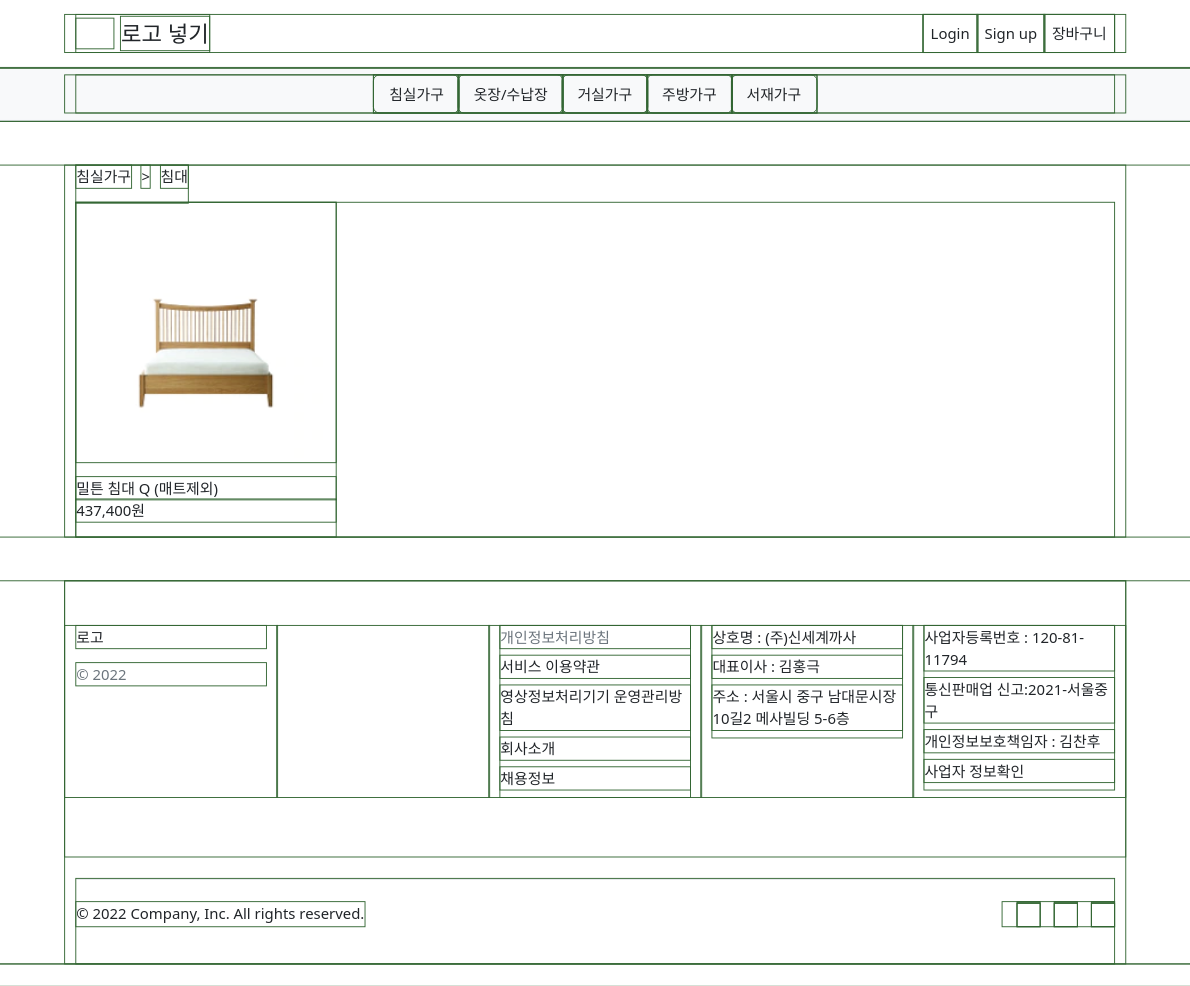
Repository: raoniee/Elice-House-Project
Page: FE/views/pages/main/item-list-page.html
The author's editor kept a copy of each file at every save. The page is drawn from the files as they stood at one save, then again after the next save.
The browser window is 1280 px wide. The pictures show the whole page, at 93% of full size.

Above is the page before, as saved 2023-07-06 13:51:50.

### FE/views/pages/main/item-list-page.html
<!DOCTYPE html>
<html lang="ko">
  <head>
    <meta charset="UTF-8" />
    <meta http-equiv="X-UA-Compatible" content="IE=edge" />
    <meta name="viewport" content="width=device-width, initial-scale=1.0" />
    <title>Elice-House/item-list</title>
    <link
      href="https://cdn.jsdelivr.net/npm/bootstrap@5.2.3/dist/css/bootstrap.min.css"
      rel="stylesheet"
      integrity="sha384-rbsA2VBKQhggwzxH7pPCaAqO46MgnOM80zW1RWuH61DGLwZJEdK2Kadq2F9CUG65"
      crossorigin="anonymous"
    />
    <!-- header.module.js -->
    <script
      src="../../components/header/header.js"
      type="module"
      defer
    ></script>
    <!-- footer.module.js -->
    <script
      src="../../components/footer/footer.js"
      type="module"
      defer
    ></script>
    <!-- item-list.module.js -->
    <script src="./item-list-page.js" type="module" defer></script>
    <style>
      * {
        outline: 1px solid #363;
      }
    </style>
  </head>
  <body>
    <header class="header">
      <!-- header template로 삽입 -->
    </header>

    <main>
      <div class="container my-5">
        <div
          class="menu_bar d-flex justify-content-between"
          style="width: 120px"
        >
          <!-- menu_bar template로 삽입 -->
        </div>

        <div class="item_list">
          <div class="item_list_card w-25 d-flex flex-column">
            <img
              class="mb-3"
              src="../../../public/assets/imgs/item-list-card.webp"
              alt=""
            />
            <span class="item_list_name">밀튼 침대 Q (매트제외)</span>
            <p class="item_list_price">437,400원</p>
          </div>
          <!-- item_list_card template로 삽입 -->
        </div>
      </div>
    </main>

    <footer class="footer">
      <!-- footer template로 삽입 -->
    </footer>

    <script
      src="https://cdn.jsdelivr.net/npm/bootstrap@5.2.3/dist/js/bootstrap.bundle.min.js"
      integrity="sha384-kenU1KFdBIe4zVF0s0G1M5b4hcpxyD9F7jL+jjXkk+Q2h455rYXK/7HAuoJl+0I4"
      crossorigin="anonymous"
    ></script>
  </body>
</html>

### FE/views/components/header/header.js
export const drawHeader = () => {
  let headerTemplate = `
  <div class="py-3 border-bottom">
      <div class="container d-flex flex-wrap justify-content-center">
        <a
          href="/"
          class="d-flex align-items-center mb-3 mb-lg-0 me-lg-auto text-dark text-decoration-none"
        >
          <svg class="bi me-2" width="40" height="32">
            <use xlink:href="#bootstrap" />
          </svg>
          <span class="fs-4">로고 넣기</span>
        </a>
        <ul class="nav">
          <li class="nav-item">
            <a href="" class="nav-link link-dark px-2">Login</a>
          </li>
          <li class="nav-item">
            <a href="" class="nav-link link-dark px-2">Sign up</a>
          </li>
          <li class="nav-item">
            <a href="" class="nav-link link-dark px-2">장바구니</a>
          </li>
        </ul>
      </div>
    </div>
    <nav class="py-2 bg-light border-bottom">
      <div class="container">
        <ul class="nav justify-content-center nav-pills">
          <li class="nav-item">
            <div class="dropdown text-end">
              <a
                href="#"
                class="d-block link-dark text-decoration-none nav-link"
                data-bs-toggle="dropdown"
                aria-expanded="false"
                >침실가구
              </a>
              <ul class="dropdown-menu text-small">
                <li><a class="dropdown-item" href="#">침대</a></li>
                <li><a class="dropdown-item" href="#">매트리스/토퍼</a></li>
                <li><a class="dropdown-item" href="#">화장대/콘솔/거울</a></li>
                <li><a class="dropdown-item" href="#">서랍장/협탁</a></li>
              </ul>
            </div>
          </li>
          <li class="nav-item">
            <div class="dropdown text-end">
              <a
                href="#"
                class="d-block link-dark text-decoration-none nav-link"
                data-bs-toggle="dropdown"
                aria-expanded="false"
                >옷장/수납장
              </a>
              <ul class="dropdown-menu text-small">
                <li><a class="dropdown-item" href="#">옷장/붙박이장</a></li>
                <li><a class="dropdown-item" href="#">드레스룸/행거</a></li>
              </ul>
            </div>
          </li>
          <li class="nav-item">
            <div class="dropdown text-end">
              <a
                href="#"
                class="d-block link-dark text-decoration-none nav-link"
                data-bs-toggle="dropdown"
                aria-expanded="false"
                >거실가구
              </a>
              <ul class="dropdown-menu text-small">
                <li><a class="dropdown-item" href="#">소파</a></li>
                <li><a class="dropdown-item" href="#">거실테이블</a></li>
                <li><a class="dropdown-item" href="#">거실장</a></li>
              </ul>
            </div>
          </li>
          <li class="nav-item">
            <div class="dropdown text-end">
              <a
                href="#"
                class="d-block link-dark text-decoration-none nav-link"
                data-bs-toggle="dropdown"
                aria-expanded="false"
                >주방가구
              </a>
              <ul class="dropdown-menu text-small">
                <li><a class="dropdown-item" href="#">식탁/테이블</a></li>
                <li><a class="dropdown-item" href="#">홈바/아일랜드식탁</a></li>
                <li><a class="dropdown-item" href="#">식탁세트</a></li>
              </ul>
            </div>
          </li>
          <li class="nav-item">
            <div class="dropdown text-end">
              <a
                href="#"
                class="d-block link-dark text-decoration-none nav-link"
                data-bs-toggle="dropdown"
                aria-expanded="false"
                >서재가구
              </a>
              <ul class="dropdown-menu text-small">
                <li><a class="dropdown-item" href="#">책상/책장/ACC</a></li>
                <li><a class="dropdown-item" href="#">서재의자</a></li>
              </ul>
            </div>
          </li>
        </ul>
      </div>
    </nav>
    `;
  // .header 부분에 header.html을 삽입
  const headerTag = document.querySelector(".header");
  headerTag.innerHTML = headerTemplate;
};

### FE/views/components/footer/footer.js
export const drawFooter = () => {
  let footerTemplate = `
        <div class="container">
      <div class="row py-5">
        <div class="col mb-3">
          <a
            href="/"
            class="d-flex align-items-center mb-3 link-dark text-decoration-none"
          >
            로고
          </a>
          <p class="text-muted">&copy; 2022</p>
        </div>

        <div class="col mb-3"></div>

        <div class="col mb-3">
          <ul class="nav flex-column">
            <li class="nav-item mb-2 text-muted">개인정보처리방침</li>
            <li class="nav-item mb-2">서비스 이용약관</li>
            <li class="nav-item mb-2">영상정보처리기기 운영관리방침</li>
            <li class="nav-item mb-2">회사소개</li>
            <li class="nav-item mb-2">채용정보</li>
          </ul>
        </div>

        <div class="col mb-3">
          <ul class="nav flex-column">
            <li class="nav-item mb-2">상호명 : (주)신세계까사</li>
            <li class="nav-item mb-2">대표이사 : 김홍극</li>
            <li class="nav-item mb-2">
              주소 : 서울시 중구 남대문시장10길2 메사빌딩 5-6층
            </li>
          </ul>
        </div>

        <div class="col mb-3">
          <ul class="nav flex-column">
            <li class="nav-item mb-2">사업자등록번호 : 120-81-11794</li>
            <li class="nav-item mb-2">통신판매업 신고:2021-서울중구</li>
            <li class="nav-item mb-2">개인정보보호책임자 : 김찬후</li>
            <li class="nav-item mb-2">사업자 정보확인</li>
          </ul>
        </div>
      </div>
      <div
        class="d-flex flex-column flex-sm-row justify-content-between py-4 my-4 border-top"
      >
        <p>&copy; 2022 Company, Inc. All rights reserved.</p>
        <ul class="list-unstyled d-flex">
          <li class="ms-3">
            <a class="link-dark" href="#"
              ><svg class="bi" width="24" height="24">
                <use xlink:href="#twitter" /></svg
            ></a>
          </li>
          <li class="ms-3">
            <a class="link-dark" href="#"
              ><svg class="bi" width="24" height="24">
                <use xlink:href="#instagram" /></svg
            ></a>
          </li>
          <li class="ms-3">
            <a class="link-dark" href="#"
              ><svg class="bi" width="24" height="24">
                <use xlink:href="#facebook" /></svg
            ></a>
          </li>
        </ul>
      </div>
    </div>
    `;
  // .footer 부분에 footer.html을 삽입
  const footerTag = document.querySelector(".footer");
  footerTag.innerHTML = footerTemplate;
};

### FE/views/pages/main/item-list-page.js
import { drawHeader } from "../../components/header/header.js";
import { drawFooter } from "../../components/footer/footer.js";
import { drawMenubar } from "../../components/menu-bar/menu-bar.js";

// Header, Footer 템플릿 삽입
drawHeader();
drawFooter();

// Menubar 템플릿 삽입
drawMenubar();

### FE/views/components/menu-bar/menu-bar.js
export const drawMenubar = () => {
  let menubarTemplate = `<p class="menu-depth1">침실가구</p>
    <p class="arrow">></p>
    <p class="menu-depth2">침대</p>`;
  // .menu_bar 부분에 menu_bar.html을 삽입
  const menu_barTag = document.querySelector(".menu_bar");
  menu_barTag.innerHTML = menubarTemplate;
};

After the next save:
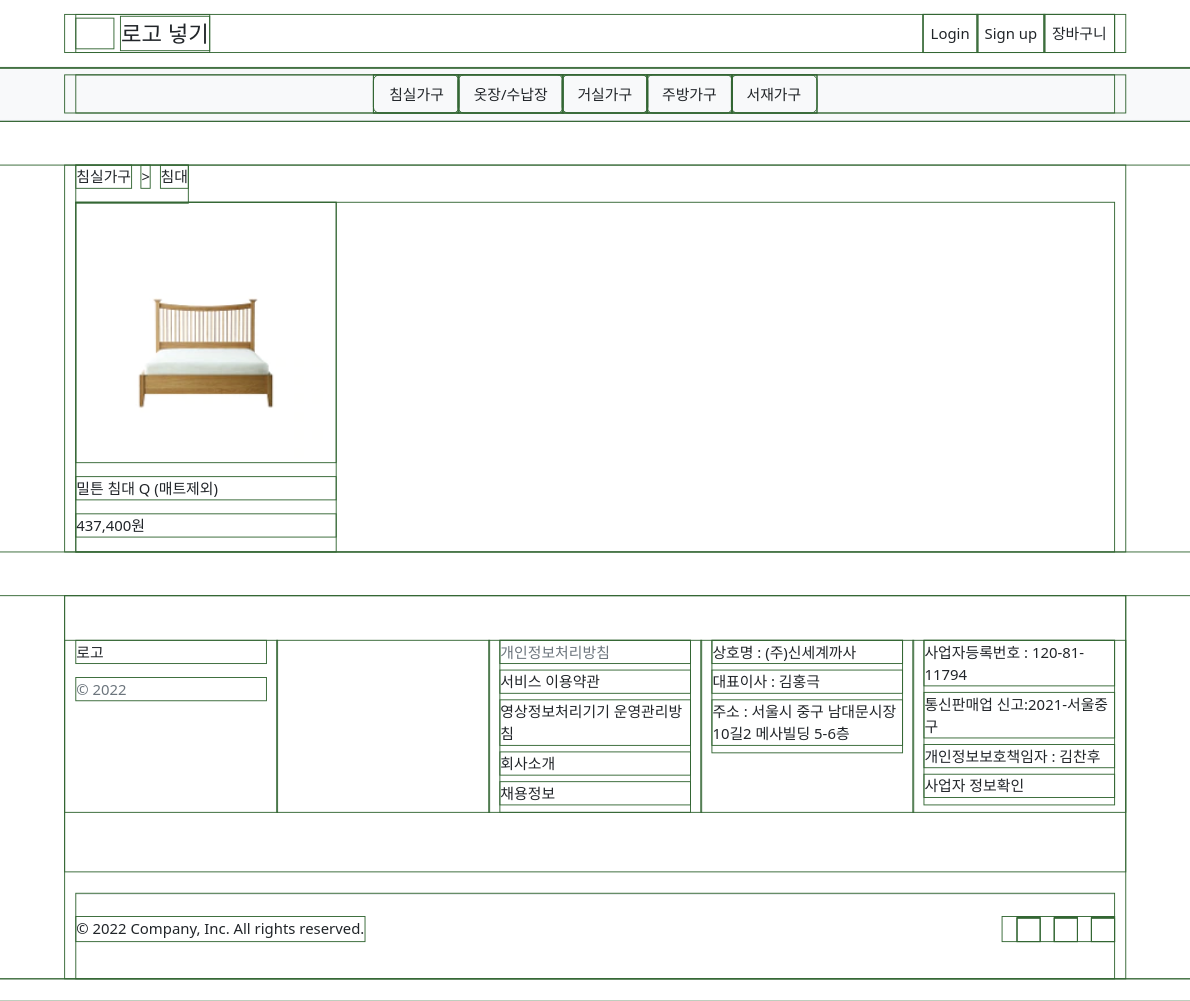
Saved 18 s later.
--- a/FE/views/pages/main/item-list-page.html
+++ b/FE/views/pages/main/item-list-page.html
@@ -52,8 +52,8 @@
               src="../../../public/assets/imgs/item-list-card.webp"
               alt=""
             />
-            <span class="item_list_name">밀튼 침대 Q (매트제외)</span>
-            <p class="item_list_price">437,400원</p>
+            <span class="item_list_name mb-3">밀튼 침대 Q (매트제외)</span>
+            <p class="item_list_price mb-3">437,400원</p>
           </div>
           <!-- item_list_card template로 삽입 -->
         </div>
